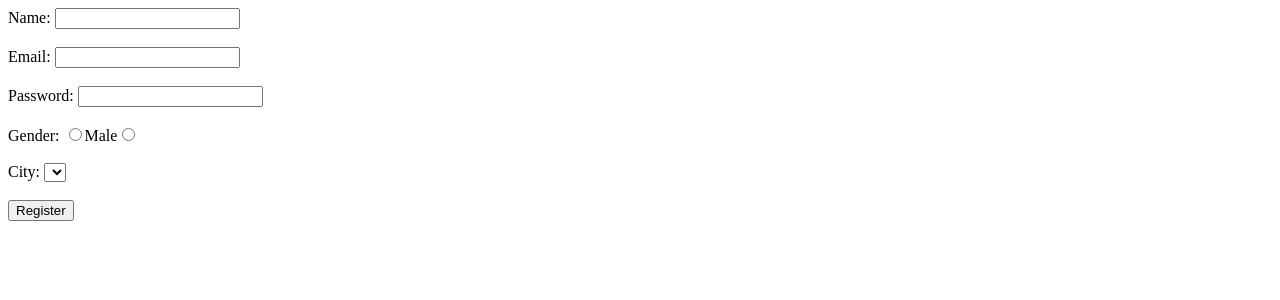
Repository: Strangeryoga/JSHS
Page: http://localhost/RegisterLogin/register.jsp
An editor plug-in stored every save of this project. The page is shown before and after the next save, followed by the edit.
The browser window is 1280 px wide. The pictures show the whole page.
The page is served by Tomcat 9. Other server files are loaded and not shown.

Above is the page before, as saved 2023-09-27 04:39:35.

### J2EE/RegisterLogin/src/main/webapp/register.jsp
<%@ page language="java" contentType="text/html; charset=UTF-8"
    pageEncoding="UTF-8"%>
<!DOCTYPE html>
<html>
<head>
<meta charset="UTF-8">
<title>Insert title here</title>
</head>
<body>
<form action="register" method="post">
		Name: <input type='text' name='name'/> <br/><br/>
		Email: <input type='text' name='email'/> <br/><br/>
		Password: <input type='password' name='pass'/> <br/><br/>
		Gender: <input type='radio' name='gender1'/>Male<input type='radio' name='gender2'/> <br/><br/>
		City: <select name='city'>
		<options>Select city</options>
		<options>Delhi</options>
		<options>Mumbai</options>
		<options>Pune</options>
		</select><br/><br/>
		<input type="submit" value="Register"/>
</form>
</body>
</html>

After the next save:
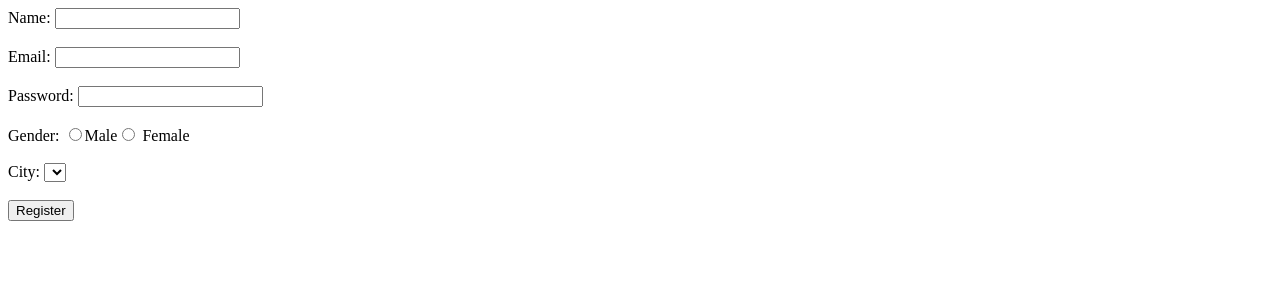
Saved 58 s later.
--- a/J2EE/RegisterLogin/src/main/webapp/register.jsp
+++ b/J2EE/RegisterLogin/src/main/webapp/register.jsp
@@ -11,7 +11,7 @@
 		Name: <input type='text' name='name'/> <br/><br/>
 		Email: <input type='text' name='email'/> <br/><br/>
 		Password: <input type='password' name='pass'/> <br/><br/>
-		Gender: <input type='radio' name='gender1'/>Male<input type='radio' name='gender2'/> <br/><br/>
+		Gender: <input type='radio' name='gender1' value="Male"/>Male<input type='radio' name='gender2' value="Female"/> Female <br/><br/>
 		City: <select name='city'>
 		<options>Select city</options>
 		<options>Delhi</options>
